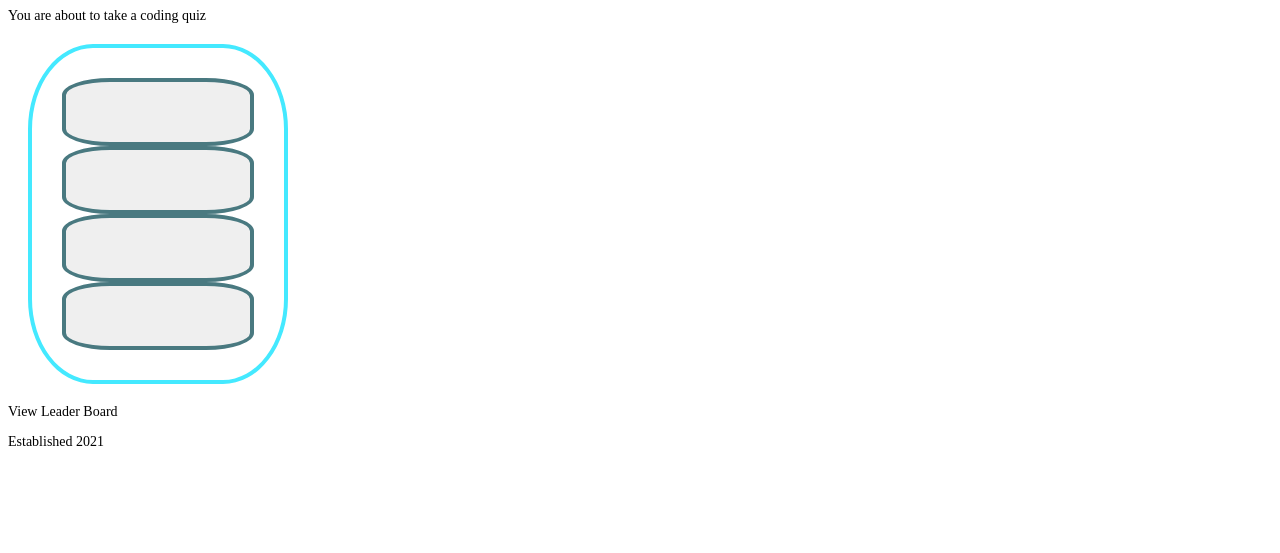
Repository: stuart-rickard/coding-quiz
Page: index.html
These files come from the project's save history. The page is drawn as it stood at one moment and after the next save; the edit follows.
The browser window is 1280 px wide. The pictures show the whole page.

Above is the page before, as saved 2021-11-22 20:25:01.

### index.html
<!DOCTYPE html>
<html lang="en">

<head>
  <meta charset="UTF-8">
  <meta name="viewport" content="width=device-width, initial-scale=1.0">
  <meta http-equiv="X-UA-Compatible" content="ie=edge">
  <title>Coding Quiz</title>
  <link rel="stylesheet" href="./assets/css/style.css">
</head>

<body>
  <main>
    <div class="preamble">
      You are about to take a coding quiz
    </div>
    <div class="quiz-question-answerform">
      <div class="question">

      </div>
      <form class="answer-form">
        <button class="answer-li" id="#answer-a"></button>
        <button class="answer-li" id="#answer-b"></button>
        <button class="answer-li" id="#answer-c"></button>
        <button class="answer-li" id="#answer-d"></button>
      </form>
    </div>
  </main>


  <footer>
    <p>View Leader Board</p>
    <p>Established 2021</p>
  </footer>

  <script src="./assets/js/script.js"></script>
</body>

</html>

### assets/css/style.css
:root {
  --primary: #44e9ff;
  --secondary: #497980;
  --tertiary: rgb(192, 246, 253);
  --grey: #333;


  --regular-line-width: 4px;

  --border-radius-regular: 25%;
}

* {
    box-sizing: border-box;
    font-size: 14px;
  }

main {
    width: 300px;
}

.answer-form {
    margin: 20px;
    border: var(--regular-line-width) solid var(--primary);
    border-radius: var(--border-radius-regular);
    padding: 30px;
    display: flex;
    flex-direction: column;
}

.answer-li {
    border: var(--regular-line-width) solid var(--secondary);
    border-radius: var(--border-radius-regular);
    padding: 30px;
    display: flex;
}

### assets/js/script.js
var taskIdCounter = 0;

/*
get questions / answers
randomize them
present them
record scores (including question #)
*/

After the next save:
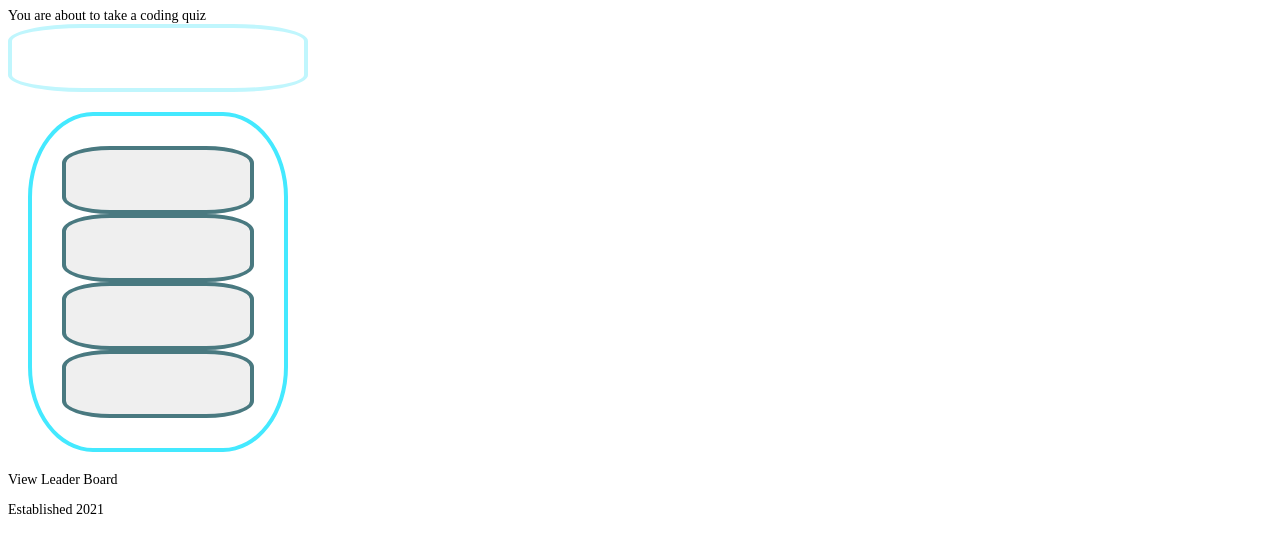
Saved 2 min 25 s later.
--- a/assets/css/style.css
+++ b/assets/css/style.css
@@ -19,6 +19,12 @@
     width: 300px;
 }
 
+.question {
+    border: var(--regular-line-width) solid var(--tertiary);
+    border-radius: var(--border-radius-regular);
+    padding: 30px;
+}
+
 .answer-form {
     margin: 20px;
     border: var(--regular-line-width) solid var(--primary);
